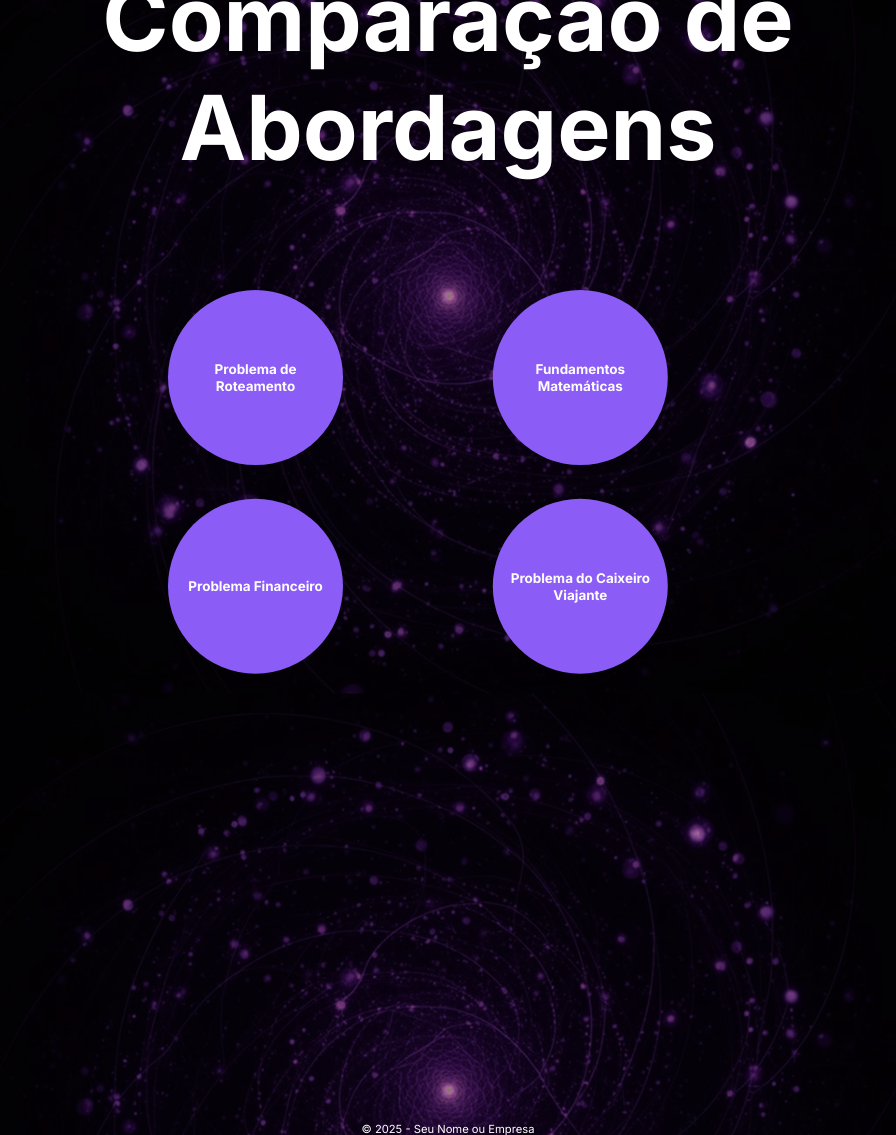
Repository: Everson9/Projeto-de-escalabilidade-quantica-definitivo
Page: telainicial.html
These files come from the project's save history. The page is drawn as it stood at one moment and after a run of saves; the edit follows.
The browser window is 1280 px wide. The pictures show the part of the page from y = 3549 to 5469 px (the page is 5171 px tall before and 5469 px after), at 70% of full size.
Backgrounds fixed to the window are drawn as part of the page.

Above is the page before, as saved 2025-10-01 13:08:02.

### telainicial.html
<!DOCTYPE html>
<html lang="pt-BR">
<head>
    <meta charset="UTF-8">
    <meta name="viewport" content="width=device-width, initial-scale=1.0">
    <title>Computação Quântica</title>

    <link rel="preconnect" href="https://fonts.googleapis.com">
    <link rel="preconnect" href="https://fonts.gstatic.com" crossorigin>
    <link href="https://fonts.googleapis.com/css2?family=Inter:wght@400;700&display=swap" rel="stylesheet">

    <link rel="stylesheet" href="inicial.css">

</head>
<body>
    <div class="content-wrapper">

        <header class="header">
            <a href="https://www.accenture.com/br-pt" class="logo-animado">
                <img src="imagens/Property 1=Default.svg" alt="Logo da Accenture" class="logo-icone">
                <span class="logo-texto">accenture</span>
            </a>
            <nav>
            </nav>
        </header>

        <main>
            <h1 class="main-title">
                <span class="line-1">Computação</span><br>
                <span class="line-2">clássica calcula,</span><br>
                <span class="line-3">a quântica transforma.</span>
            </h1>

            <section class="info-boxes">
                <div class="box">
                    <img src="imagens/frente-quantica.png" alt="Representação da computação quântica">
                    <div class="card-overlay">
                        <div class="overlay-text">
                            <h3>Computação Quântica</h3>
                            <p>Processa informações em qubits, que podem ser 0 e 1 ao mesmo tempo, para resolver problemas complexos.</p>
                        </div>
                        <div class="card-content">
                            <a href="#">saiba mais ></a>
                        </div>
                    </div>
                </div>

                <div class="box">
                    <img src="imagens/Frente-classica.png" alt="Representação da computação clássica">
                    <div class="card-overlay">
                        <div class="overlay-text">
                            <h3>Computação Clássica</h3>
                            <p>Processa informações em bits (0 ou 1), com operações determinísticas em sequência.</p>
                        </div>
                        <div class="card-content">
                            <a href="#">saiba mais ></a>
                        </div>
                    </div>
                </div>

                <div class="box">
                    <img src="imagens/Frente-classica.png" alt="Representação da computação clássica">
                    <div class="card-overlay">
                        <div class="overlay-text">
                            <h3>Computação Clássica</h3>
                            <p>Processa informações em bits (0 ou 1), com operações determinísticas em sequência.</p>
                        </div>
                        <div class="card-content">
                            <a href="#">saiba mais ></a>
                        </div>
                    </div>
                </div>
            </section>

            <section class="video-section">
                <h2>Vídeo Explicativo</h2>
                <div class="video-responsive">
                    <iframe src="https://www.youtube.com/embed/SUA_ID_DO_VIDEO"
                    title="YouTube video player" frameborder="0"
                    allow="accelerometer; autoplay; clipboard-write; encrypted-media; gyroscope; picture-in-picture; web-share"
                    referrerpolicy="strict-origin-when-cross-origin" allowfullscreen></iframe>
                </div>
            </section>

            <section class="comparison-section">
                <h2>Comparação de Abordagens</h2>
                <div class="spheres-container">
                    <a href="#" class="sphere-button">Problema de Roteamento</a>
                    <a href="#" class="sphere-button">Fundamentos Matemáticas</a>
                    <a href="#" class="sphere-button">Problema Financeiro</a>
                    <a href="#" class="sphere-button">Problema do Caixeiro Viajante</a>
                </div>
            </section>
            <footer class="site-footer">
                <p>© 2025 - Seu Nome ou Empresa</p>
            </footer>
        </main>

    </div> <script src="scripts.js"></script>
</body>
</html>

### inicial.css
*{
    margin: 0;
    padding: 0;
    box-sizing: border-box;
}

body {
    font-family: 'Inter', sans-serif;
    color: white;
    min-height: 100vh;
    background-image: url('imagens/WhatsApp Image 2025-09-18 at 12.30.07 2.png');
    background-size: cover;
    background-position: center center;
    background-attachment: fixed;
}

body::before {
    content: '';
    position: fixed;
    top: 0;
    left: 0;
    width: 100%;
    height: 100%;
    background-color: rgba(18, 18, 18, 0.7);
    z-index: -1;
}

.content-wrapper {
    position: relative;
    z-index: 1;
    width: 100%;
    display: flex;
    flex-direction: column;
    min-height: 100vh;
    background-color: transparent;
}

main {
    flex-grow: 1;
    display: flex;
    flex-direction: column;
    align-items: center;
    width: 100%;
}

.header {
    display: flex;
    justify-content: space-between;
    align-items: center;
    padding: 20px 40px;
    background: rgba(0, 0, 0, 0.034);
}

.logo-animado {
    position: relative;
    display: inline-flex;
    align-items: center;
    text-decoration: none;
    color: white;
    transition: all 0.4s ease-out;
}
.logo-animado .logo-icone {
    height: 40px;
    width: auto;
    transition: transform 0.4s ease-out;
}
.logo-animado .logo-texto {
    font-size: 27px;
    opacity: 0;
    white-space: nowrap;
    transform: translateY(15px);
    transition: opacity 0.3s ease-out, transform 0.4s ease-out;
}
.logo-animado:hover .logo-icone {
    transform: translateX(100px) translateY(-19px) scale(0.5);
}
.logo-animado:hover .logo-texto {
    opacity: 1;
    transform: translateY(0);
    margin-left: 5px;
}

.main-title {
    margin-top: 5rem;
    font-size: clamp(2.5rem, 8vw, 4.3rem);
    font-weight: bold;
    line-height: 0.6;
    margin-bottom: 150px;
    display: flex;
    flex-direction: column;
    align-items: flex-start;
    width: 90%;
    max-width: 1200px;
}
.main-title .line-2 {
    margin-left: clamp(3rem, 10vw, 150px);
    white-space: nowrap;
}
.main-title .line-3 {
    margin-left: clamp(5rem, 20vw, 300px);
    white-space: nowrap;
}

.info-boxes {
    display: grid;

    grid-template-columns: repeat(auto-fit, minmax(400px, 1fr));


    gap: 7rem;

    padding: 6rem 2rem 15rem 2rem;
    width: 100%;
    max-width: 1600px;
    margin: 0 auto;
}

.box {
    position: relative;
    background: rgba(255, 255, 255, 0.05);
    border: 1px solid rgba(255, 255, 255, 0.1);
    border-radius: 8px;
    overflow: hidden;
    display: flex;
    flex-direction: column;
    transition: transform 0.3s ease, box-shadow 0.3s ease;
}

.box:hover {
    transform: translateY(-10px);
    box-shadow: 0 10px 20px rgba(0, 0, 0, 0.2);
}
.box img {
    width: 100%;
    aspect-ratio: 3 / 4;
    object-fit: cover;
    display: block;
    transition: filter 0.4s ease-in-out;
}

.card-overlay {
    position: absolute;
    top: 0;
    left: 0;
    width: 100%;
    height: 100%;
    background: rgba(18, 18, 18, 0.85);
    display: flex;
    flex-direction: column;
    justify-content: space-between;
    align-items: center;
    padding: 1rem;
    opacity: 0;
    transition: opacity 0.4s ease-in-out;
}
.overlay-text {
    text-align: center;
    padding: 1rem 0;
    color: white;
}
.overlay-text h3 {
    margin-bottom: 0.8rem;
    font-size: 1.6rem;
    color: #a78bfa;
}
.overlay-text p {
    font-size: 0.95rem;
    line-height: 1.6;
}
.card-content {
    display: flex;
    justify-content: center;
    align-items: center;
    width: 100%;
    padding: 0 1rem 1rem 1rem;
}
.card-content a {
    color: white;
    text-decoration: none;
    font-weight: bold;
    font-size: 1.1rem;
    background-color: #a78bfa;
    padding: 0.7rem 1.5rem;
    border-radius: 25px;
    display: flex;
    align-items: center;
    transition: background-color 0.3s ease, transform 0.3s ease;
}
.card-content a:hover {
    background-color: #c4b5fd;
    transform: scale(1.05);
}
.box:hover img {
    filter: brightness(50%);
}
.box:hover .card-overlay {
    opacity: 1;
}

.video-section {
   padding: 10rem 2rem 20rem 2rem;
   text-align: center;
   width: 100%;
   max-width: 1000px;
   margin: 0 auto;
}
.video-section h2 {
    color: white;
    font-size: clamp(4rem, 3vw, 2.5rem);
    font-weight: bold;
    margin-bottom: 2rem;
    padding: 5px 3px 2px 1px;
}
.video-responsive {
    position: relative;
    padding-bottom: 56.25%;
    height: 0;
    overflow: hidden;
    border-radius: 8px;
    box-shadow: 0 10px 20px rgba(0, 0, 0, 0.2);
}
.video-responsive iframe {
    position: absolute;
    top: 0;
    left: 0;
    width: 100%;
    height: 100%;
}

.comparison-section {
    position: relative;
    padding: 6rem 2rem 40rem 2rem;
    width: 100%;


    display: flex;
    flex-direction: column;
    align-items: center;
}

.comparison-section h2 {
    position: sticky;
    top: 50%;
    z-index: 1;

    font-size: clamp(3rem, 10vw, 8rem);
    color: white;
    text-align: center;
    width: 100%;

    opacity: 0;
    transform: translateY(100px);
    transition: opacity 0.8s ease-out, transform 0.8s ease-out;
}

.comparison-section h2.is-visible {
    opacity: 1;
    transform: translateY(-50%);
}

.spheres-container {
    position: relative;
    z-index: 2;
    background-color: transparent;

    display: grid;
    grid-template-columns: 1fr 1fr;
    gap: 3rem 8rem;
    width: 100%;
    max-width: 800px;
}

.sphere-button {
    width: clamp(160px, 22vw, 250px);
    height: clamp(160px, 22vw, 250px);
    font-size: clamp(1rem, 2.5vw, 1.2rem);

    background-color: #8b5cf6;
    border-radius: 50%;
    color: white;
    text-decoration: none;
    font-weight: 600;
    padding: 1rem;
    display: flex;
    justify-content: center;
    align-items: center;
    text-align: center;
    transition: transform 0.3s ease, background-color 0.3s ease, box-shadow 0.3s ease;
}

.sphere-button:hover {
    background-color: #a78bfa;
    transform: scale(1.05) translateY(-5px);
    box-shadow: 0 15px 25px rgba(0, 0, 0, 0.3);
}


@media (max-width: 480px) {
    .spheres-container {
        gap: 2rem; /* Ajustado para um espaçamento consistente em celulares */
    }


    .site-footer {
    width: 100%;
    padding: 3rem 2rem;
    text-align: center;
    background-color: rgba(0, 0, 0, 0.2);
    color: rgba(255, 255, 255, 0.5);
}

}

### scripts.js
// Aguarda o conteúdo da página ser totalmente carregado
window.addEventListener('DOMContentLoaded', (event) => {

    // =======================================================
    // SCRIPT PARA ANIMAR O TÍTULO STICKY (ENTRADA E SAÍDA)
    // =======================================================

    // 1. Seleciona os elementos que vamos usar
    const stickyTitle = document.querySelector('.comparison-section h2');
    const footer = document.querySelector('.site-footer'); // Nosso novo gatilho de SAÍDA

    // Se algum dos elementos não existir, não faz nada para evitar erros.
    if (!stickyTitle || !footer) {
        return;
    }

    // --- OBSERVADOR 1: Para a animação de ENTRADA do título ---
    // Este observador só vai rodar UMA VEZ.
    const entryObserver = new IntersectionObserver((entries) => {
        entries.forEach(entry => {
            // Se o título estiver visível na tela...
            if (entry.isIntersecting) {
                // ...adiciona a classe para ele aparecer...
                stickyTitle.classList.add('is-visible');
                // ...e para de observar para não rodar de novo.
                entryObserver.unobserve(entry.target);
            }
        });
    }, {
        threshold: 0.1 // A animação começa quando 10% do título estiver visível
    });

    // Inicia a observação do TÍTULO para a animação de entrada
    entryObserver.observe(stickyTitle);


    // --- OBSERVADOR 2: Para a animação de SAÍDA do título ---
    // Este observador fica ativo o tempo todo, vigiando o rodapé.
    const exitObserver = new IntersectionObserver((entries) => {
        entries.forEach(entry => {
            // Se o RODAPÉ estiver visível na tela...
            if (entry.isIntersecting) {
                // ...REMOVE a classe do título para ele desaparecer.
                stickyTitle.classList.remove('is-visible');
            } else {
                // Se o RODAPÉ NÃO estiver visível (rolamos para cima)...
                // ...ADICIONA a classe de volta para o título reaparecer.
                stickyTitle.classList.add('is-visible');
            }
        });
    }, {
        threshold: 0.1 // Aciona quando 10% do rodapé estiver visível
    });

    // Inicia a observação do RODAPÉ para a animação de saída
    exitObserver.observe(footer);

});

After the next 4 saves:
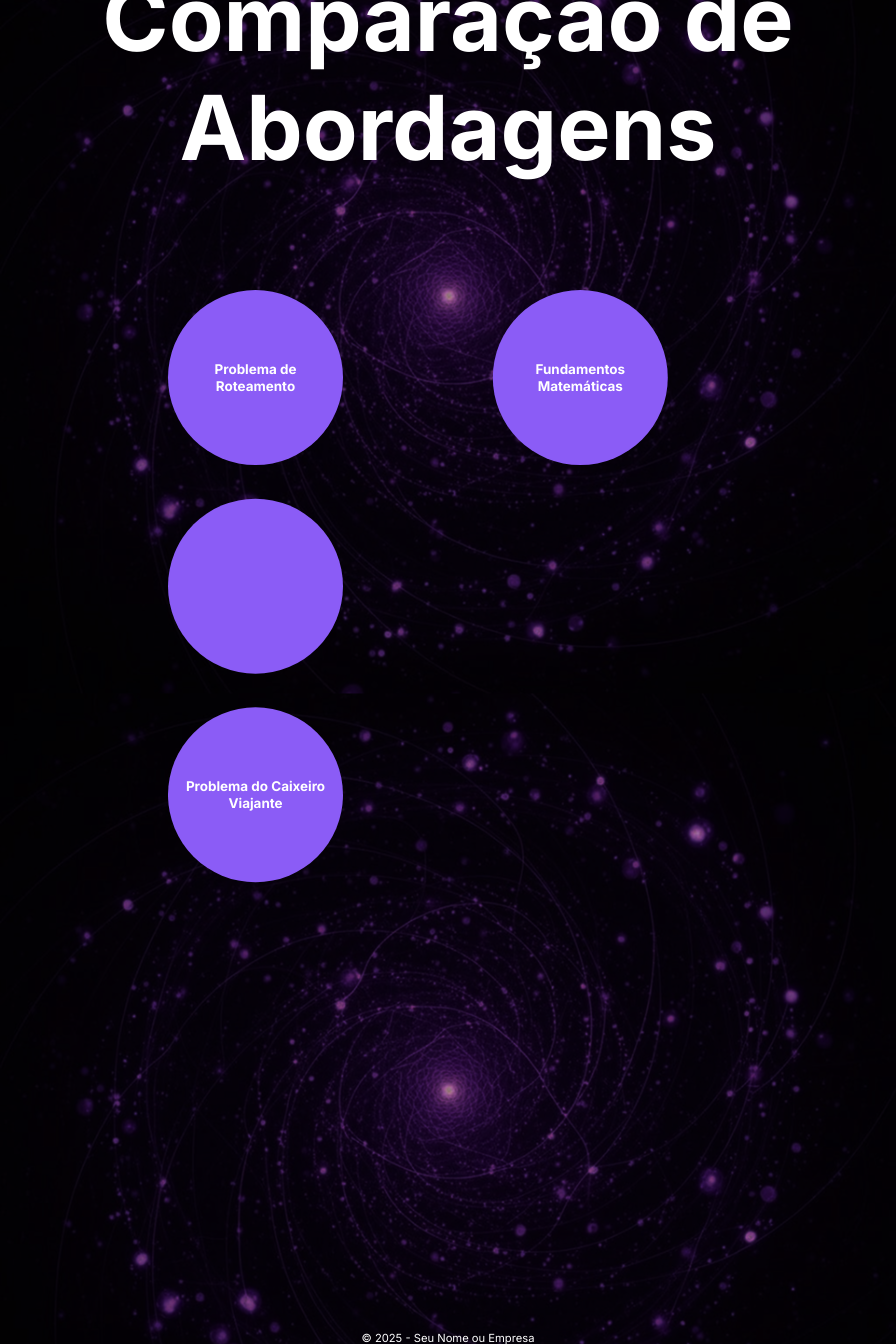
The 4 saves are shown as one change because they came seconds apart.
The last was saved 10 s later.
--- a/telainicial.html
+++ b/telainicial.html
@@ -87,7 +87,7 @@
                 <div class="spheres-container">
                     <a href="#" class="sphere-button">Problema de Roteamento</a>
                     <a href="#" class="sphere-button">Fundamentos Matemáticas</a>
-                    <a href="#" class="sphere-button">Problema Financeiro</a>
+                    <a href="#" class="sphere-button"><a href="fundamentos.html"></a></a>
                     <a href="#" class="sphere-button">Problema do Caixeiro Viajante</a>
                 </div>
             </section>
